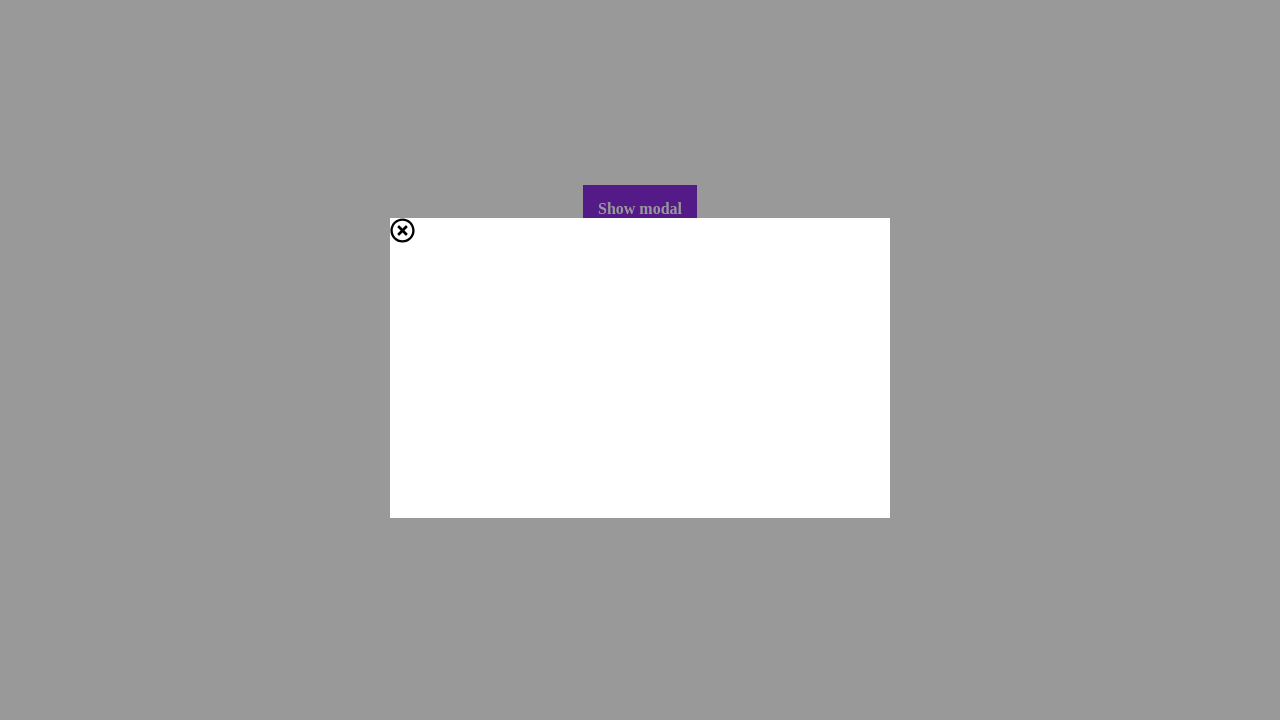
Repository: AnhTuan191298/sent-file-hoang
Page: js_modal/index.html
The author's editor kept a copy of each file at every save. The page is drawn from the files as they stood at one save, then again after the next save.
The browser window is 1280 px wide. The pictures show the whole page.

Above is the page before, as saved 2021-02-01 14:00:06.

### js_modal/index.html
<!DOCTYPE html>
<html lang="en">
<head>
    <meta charset="UTF-8">
    <meta name="viewport" content="width=device-width, initial-scale=1.0">
    <title>Modal</title>
    <style>
        * {
            margin: 0;
            padding: 0;
        }
        .modal {
            display: flex;
            justify-content: center;
            align-items: center;
            margin-top: 200px;
        }
        .modal__action {
            text-decoration: none;
            padding: 15px;
            background-color: blueviolet;
            color: white;
            font-weight: bold;
        }
        .layout {
            position: fixed;
            top: 0;
            bottom: 0;
            right: 0;
            left: 0;
            background-color: rgba(0, 0, 0, 0.4);
        }
        .modal_show {
            display: flex;
            align-items: center;
            justify-content: center;
            z-index: 999;
        }
        .modal_show-contain {
            position: relative;
            background-color: white;
            width: 500px;
            min-height: 300px;
        }
        .modal_show__close {

        }
        .modal_show__close-img {
            width: 25px;
            height: 25px;
        }
    </style>
</head>
<body>
    <div class="modal">
        <div class="modal_buttun">
            <a class="modal__action" href="#">Show modal</a>
        </div>
    </div>
    <div class="layout"></div>
    <div class="modal_show">
        <div class="modal_show-contain">
            <div class="modal_show__close">
                <img class="modal_show__close-img" src="./assets/imgs/times-circle-regular.svg" alt="close">
            </div>
        </div>
    </div>

    <script src="./assets/js/main.js"></script>
</body>
</html>

Loaded but not shown: js_modal/assets/js/main.js (no stored copy; drawn as an empty file)

After the next save:
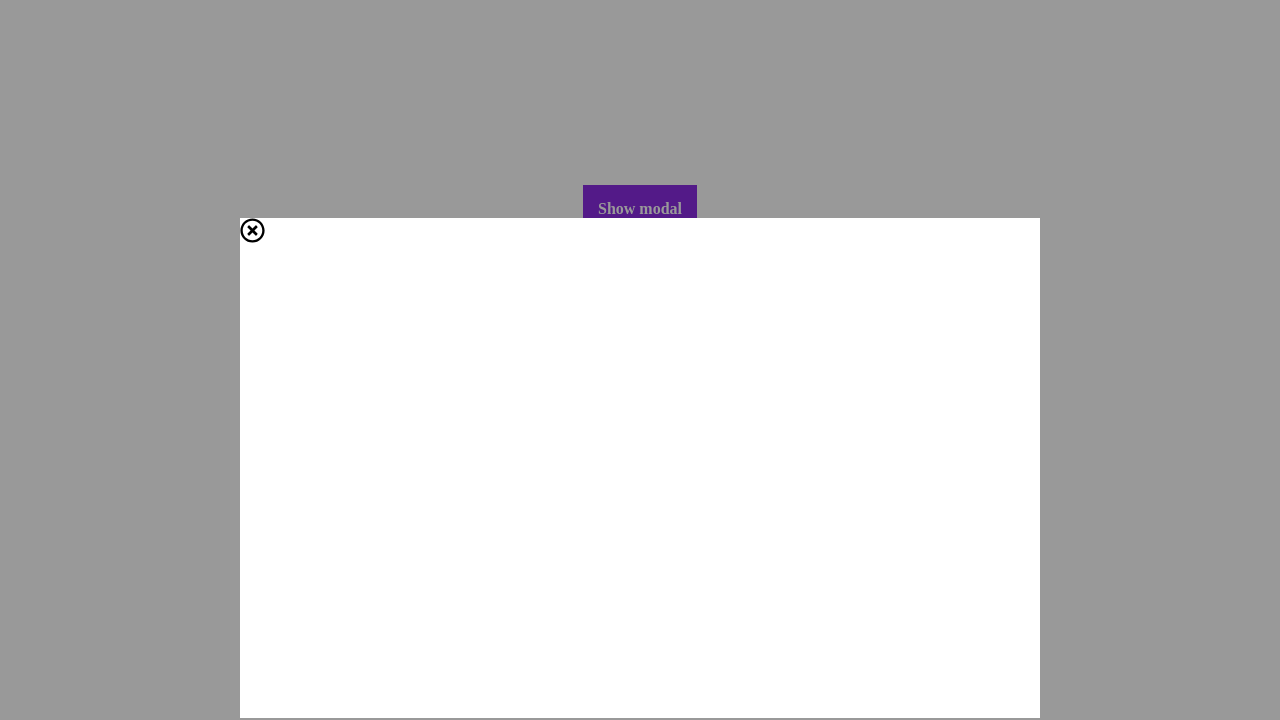
Saved 38 s later.
--- a/js_modal/index.html
+++ b/js_modal/index.html
@@ -39,8 +39,8 @@
         .modal_show-contain {
             position: relative;
             background-color: white;
-            width: 500px;
-            min-height: 300px;
+            width: 800px;
+            min-height: 500px;
         }
         .modal_show__close {
 

After the save that followed:
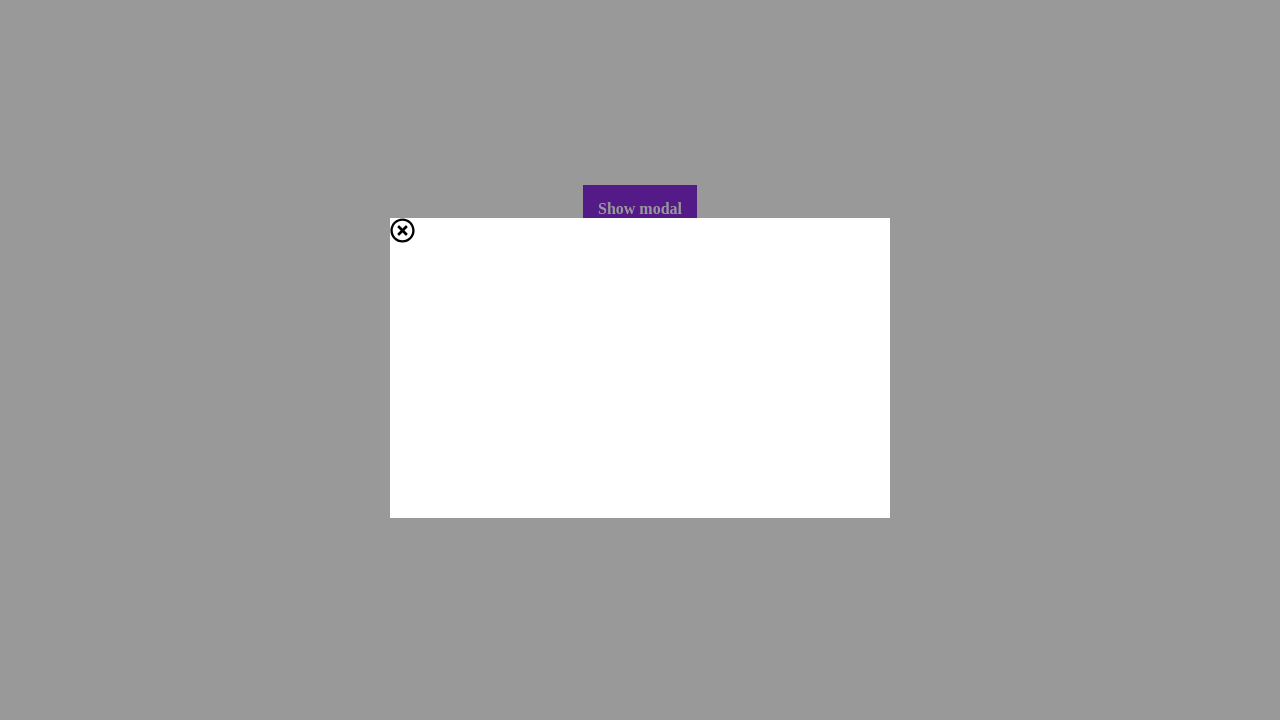
Saved 8 s later.
--- a/js_modal/index.html
+++ b/js_modal/index.html
@@ -39,8 +39,8 @@
         .modal_show-contain {
             position: relative;
             background-color: white;
-            width: 800px;
-            min-height: 500px;
+            width: 500px;
+            min-height: 300px;
         }
         .modal_show__close {
 
